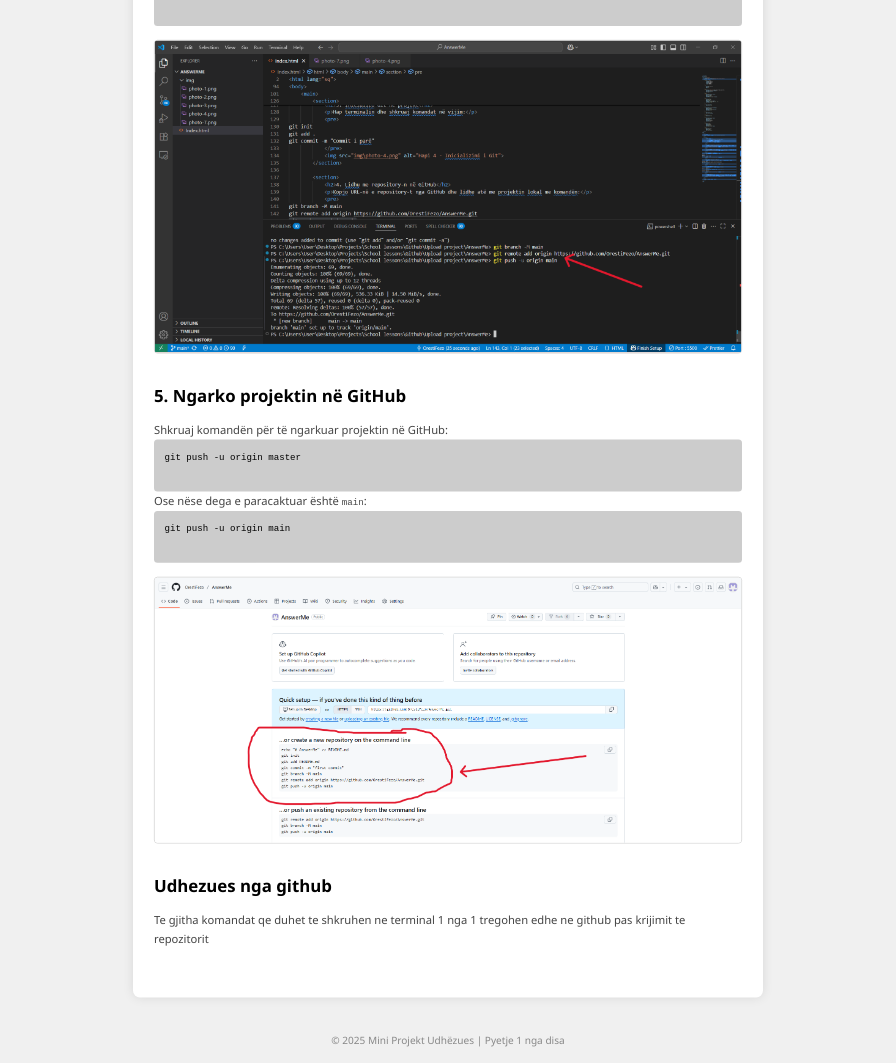
Repository: OrestiFezo/AnswerMe
Page: Index.html
The author's editor kept a copy of each file at every save. The page is drawn from the files as they stood at one save, then again after a run of saves.
The browser window is 1280 px wide. The pictures show the part of the page from y = 3390 to 5310 px (the page is 4909 px tall before and 5310 px after), at 70% of full size.

Above is the page before, as saved 2025-07-13 19:55:38.

After the next 4 saves:
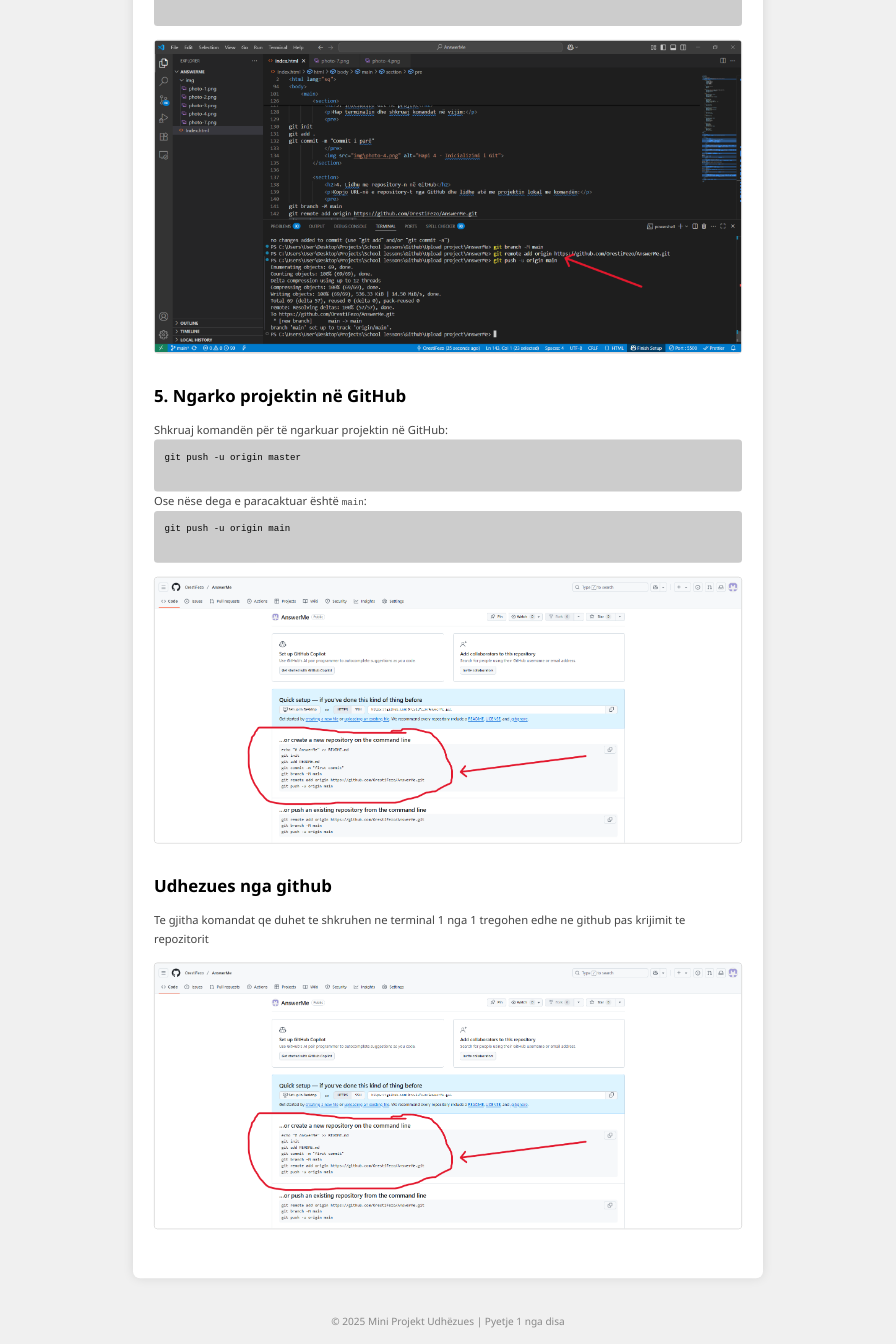
The 4 saves are shown as one change because they came seconds apart.
The last was saved 15 s later.
--- a/Index.html
+++ b/Index.html
@@ -159,7 +159,7 @@
         <section>
             <h2>Udhezues nga github</h2>
             <p>Te gjitha komandat qe duhet te shkruhen ne terminal 1 nga 1 tregohen edhe ne github pas krijimit te repozitorit</p>
-            <im
+            <img src="img\photo-7.png" alt="Hapi 7 - Ngarkimi në GitHub">
 
         </section>
     </main>
